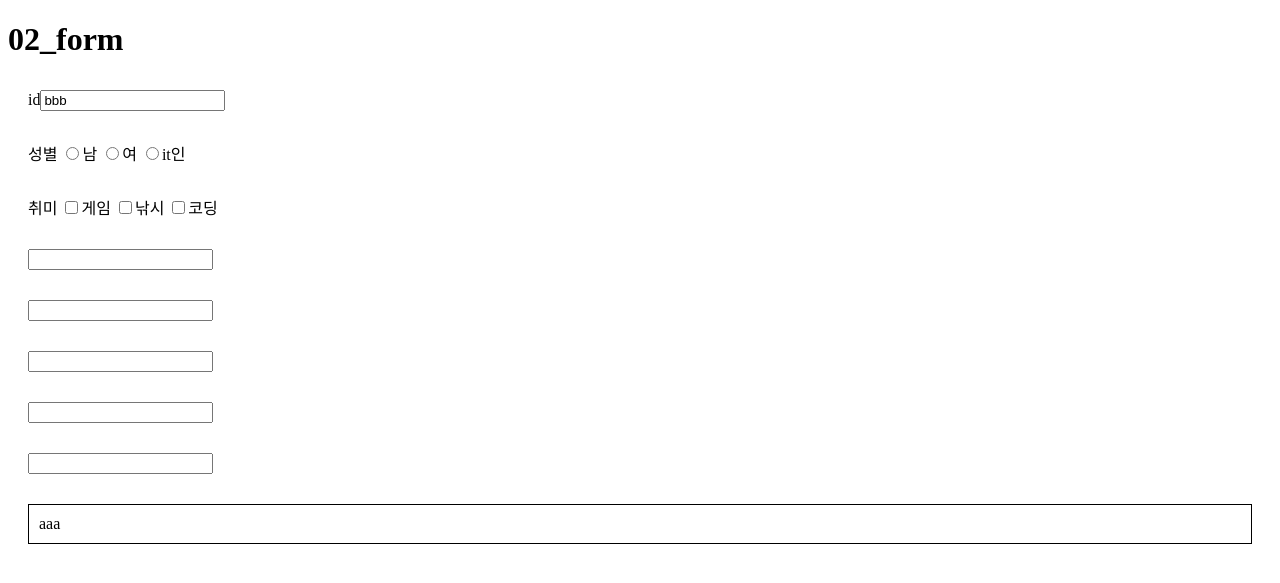
Repository: psun2/Korea-IT-Academy
Page: (back up) _ 오전/study_a/web_work/scriptProj/WebContent/dom/02_form.html
An editor plug-in stored every save of this project. The page is shown before and after the next save, followed by the edit.
The browser window is 1280 px wide. The pictures show the whole page.

Above is the page before, as saved 2020-08-05 02:47:30.

After the next save:
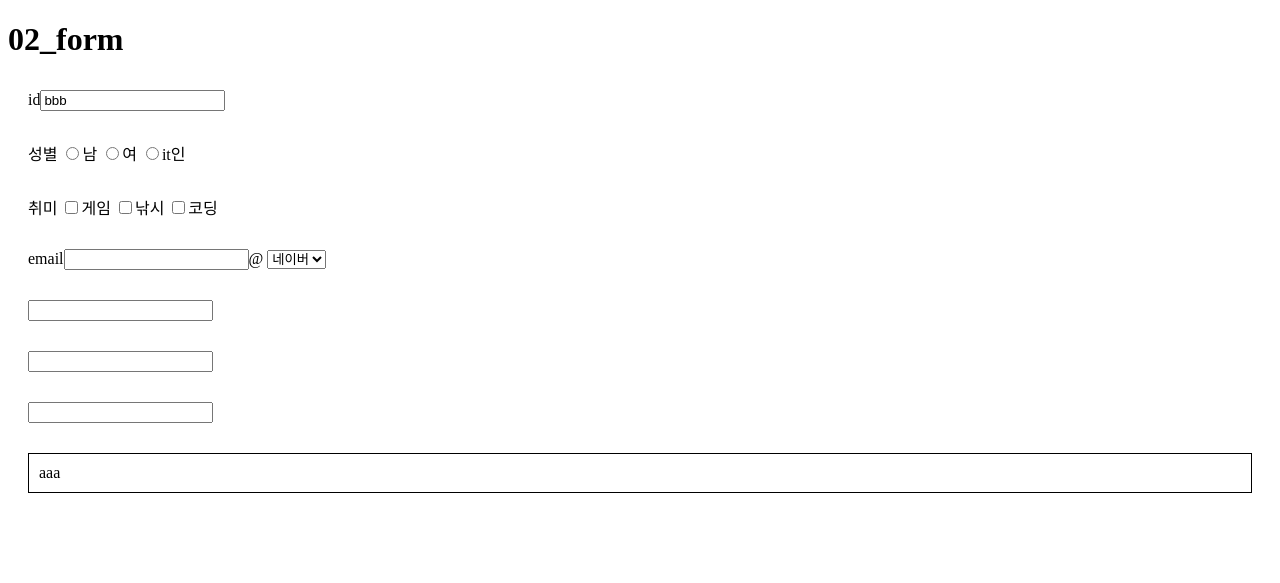
Saved 87 min 35 s later.
--- a/(back up) _ 오전/study_a/web_work/scriptProj/WebContent/dom/02_form.html
+++ b/(back up) _ 오전/study_a/web_work/scriptProj/WebContent/dom/02_form.html
@@ -81,8 +81,16 @@ window.onload = function(){
 		<input type="checkbox" name="hobby" value="fish" onclick="hoClk()" />낚시
 		<input type="checkbox" name="hobby" value="coding" onclick="hoClk()" />코딩
 	</label>
-	<label for=""><input type="text" name="" /></label>
-	<label for=""><input type="text" name="" /></label>
+	<label for="">email<input type="text" name="" />@
+		<select>
+			<option value="naver.com">네이버</option>
+			<option value="daum.net">다음</option>
+			<option value="google.com">구글</option>
+			<option value="jum.com">줌</option>
+			<option value="nate.com">네이트</option>
+
+		</select>
+	</label>
 	<label for=""><input type="text" name="" /></label>
 	<label for=""><input type="text" name="" /></label>
 	<label for=""><input type="text" name="" /></label>
